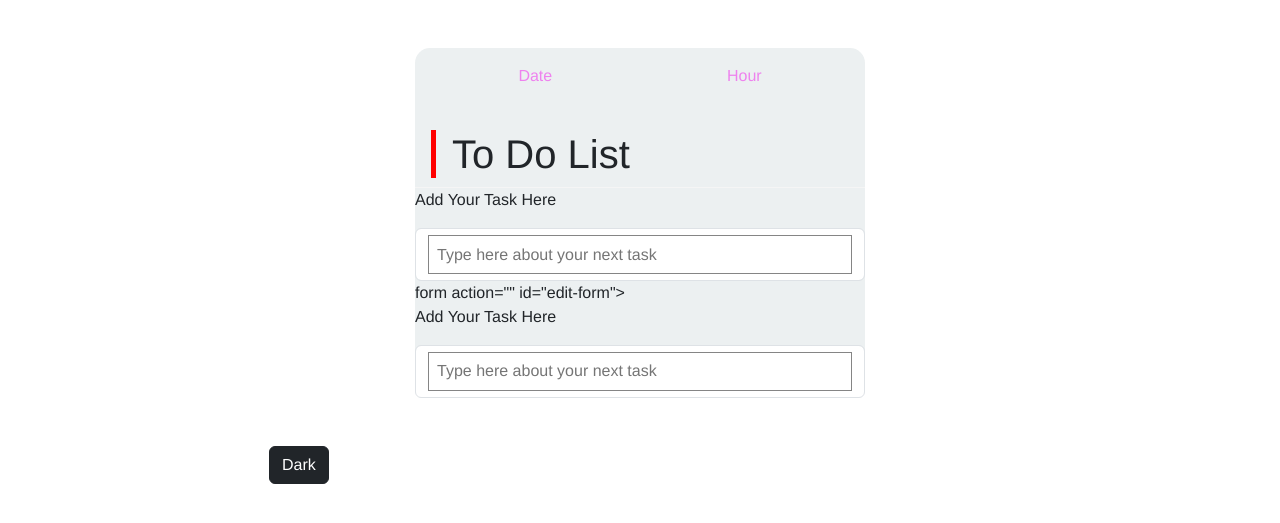
Repository: Passionblaz/TODO
Page: TODO/Untitled-1.html
These files come from the project's save history. The page is drawn as it stood at one moment and after the next save; the edit follows.
The browser window is 1280 px wide. The pictures show the whole page.

Above is the page before, as saved 2023-07-14 12:51:17.

### TODO/Untitled-1.html
<!DOCTYPE html>
<html lang="en">
<head>
  <meta charset="UTF-8">
  <meta name="viewport" content="width=device-width, initial-scale=1.0">
  <title>Document</title>
  <link href="https://cdn.jsdelivr.net/npm/bootstrap@5.3.0/dist/css/bootstrap.min.css" rel="stylesheet" integrity="sha384-9ndCyUaIbzAi2FUVXJi0CjmCapSmO7SnpJef0486qhLnuZ2cdeRhO02iuK6FUUVM" crossorigin="anonymous">
  <!-- Bootstrap Bundle JS (jsDelivr CDN) -->
  <script defer src="https://cdn.jsdelivr.net/npm/bootstrap@5.3.0/dist/js/bootstrap.bundle.min.js" integrity="sha384-geWF76RCwLtnZ8qwWowPQNguL3RmwHVBC9FhGdlKrxdiJJigb/j/68SIy3Te4Bkz" crossorigin="anonymous"></script>
  <link rel="stylesheet" href="todostyles.css">
</head>
<body>
<div class="todo-container">
  <div class="date-hour">
    <p class="date">Date</p>
    <p class="hour">Hour</p>
  </div>
<header>
  <h1>To Do List</h1>
</header>

<form action="" id="todo-form">
  <p>Add Your Task Here</p>
<div class="form-control">
<input type="text" id="todo-input" placeholder="Type here about your next task">

</div>

</form>

form action="" id="edit-form">
  <p>Add Your Task Here</p>
<div class="form-control">
<input type="text" id="todo-input" placeholder="Type here about your next task">

</div>

</form>

</div>



  <div class="button">
     <button type="button" class="btn btn-dark">Dark</button>
    </div>


    </body>
</html>

### TODO/todostyles.css
*{
  padding: 0;
  margin: 0;
  box-sizing: border-box;
}
body{
  font-family: 'Franklin Gothic Medium', 'Arial Narrow', Arial, sans-serif;
  background: rgb(red, green, blue);

}
.form-control {
  display: flex;
}
.form-control input {
  flex: 1;
  outline: 0;
box-shadow: none;
border: 1px solid #858585;
}
.form-control button:hover {
  background-color: green;
}
.date-hour {
  display: flex;
  justify-content: space-around;
  align-items:center;
  padding: 1rem 1rem 1.5rem 1rem;
  font-size: 16px;
  color: violet;
}
button {
  background-color: darkorange;
  color: blue;
  border: 2px solid red;
  padding: 0.2rem 0.4rem;
  font-size: .8rem;
  cursor: pointer;
  justify-content: center;
  align-items: center;
  transition: .4s;
  border: 1px solid orange;
}
button:hover {
  background-color: orangered;
  color: white;
}
button > i {
  font-weight: bold;
  pointer-events: none;
}
input {
  padding: .4rem .5rem;
}
.hide {
  display: none;
}
.todo-container {
  background-color: #ecf0f1;
  border-radius: 15px;
  width: 450px;
  margin: 3rem auto;
  padding: 1.5.rem;
}
.todo-container header {
  padding: 0.1rem 1rem;
border-bottom: 1px solid whitesmoke;
}
header >h1 {
  padding-left: 16px;
  border-left: 5px solid red;
}


.button {
  padding-left: 269px;

}

After the next save:
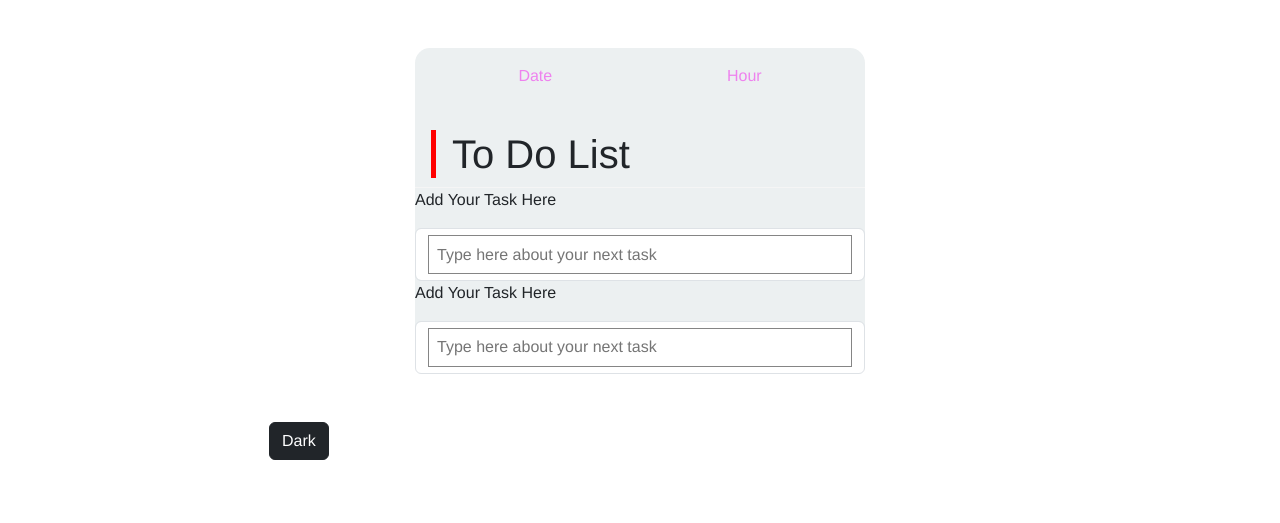
Saved 7 s later.
--- a/TODO/Untitled-1.html
+++ b/TODO/Untitled-1.html
@@ -28,7 +28,7 @@
 
 </form>
 
-form action="" id="edit-form">
+<form action="" id="edit-form">
   <p>Add Your Task Here</p>
 <div class="form-control">
 <input type="text" id="todo-input" placeholder="Type here about your next task">
